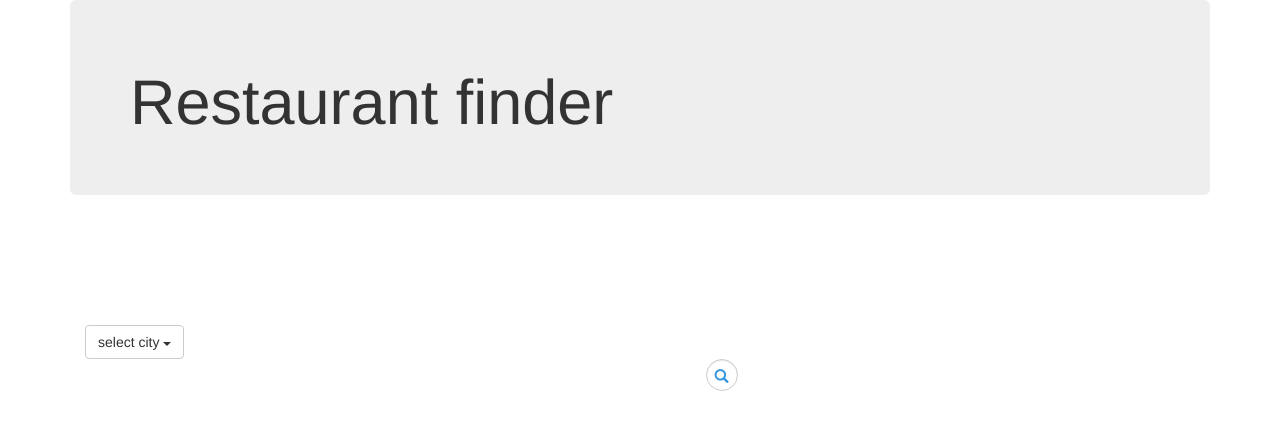
Repository: ganz-95/Denuvo-final
Page: http://localhost/restaurant/
These files come from the project's save history. The page is drawn as it stood at one moment and after the next save; the edit follows.
The browser window is 1280 px wide. The pictures show the whole page.
Some web libraries are served in a nearby version. The page is served by Tomcat 9.

Above is the page before, as saved 2017-01-23 15:33:07.

### workspace/restaurant/src/main/webapp/index.jsp
<!DOCTYPE html>
<html>
<head>
  <meta name="viewport" content="width=device-width, initial-scale=1">
  <link rel="stylesheet" href="https://maxcdn.bootstrapcdn.com/bootstrap/3.3.7/css/bootstrap.min.css">
  <script src="https://ajax.googleapis.com/ajax/libs/jquery/3.1.1/jquery.min.js"></script>
  <script src="https://maxcdn.bootstrapcdn.com/bootstrap/3.3.7/js/bootstrap.min.js"></script>
</head>
<body>
<div class="container" >
  <div class="jumbotron">
    <h1>              Restaurant finder             </h1>
     </div>



<div class="container" align="center">

  <br><br><br><br><br>

  <div class="dropdown" style="float:left">
    <button class="btn btn-default dropdown-toggle" type="button" data-toggle="dropdown">select city
    <span class="caret"></span></button>
    <ul class="dropdown-menu" align="center">
      <li class="dropdown-header">Popular</li>
      <li><a href="#">Chennai</a></li>
      <li><a href="#">Mumbai</a></li>
      <li><a href="#">Delhi</a></li>
      <li class="divider"></li>
      <li class="dropdown-header">Others</li>
      <li><a href="#">banglore</a></li>
      <li><a href="#">Hyderabad</a></li>
    </ul>
  </div>
</div>
<div class="container">
    <div class="row" style="float:right">
        <div class="col-md-6 col-md-offset-3">

        </div>
    </div>
    <div class="row">
        <div class="col-md-4 col-md-offset-3">
            <form action="" class="search-form">
                <div class="form-group has-feedback">
            		<label for="search" class="sr-only">Search</label>
            		<input type="text" class="form-control" name="search" id="search" placeholder="search">
              		<span class="glyphicon glyphicon-search form-control-feedback"></span>
            	</div>
            </form>
        </div>
    </div>
</div>
<style>
.search-form .form-group {
  float: right !important;
  transition: all 0.35s, border-radius 0s;
  width: 32px;
  height: 32px;
  background-color: #fff;
  box-shadow: 0 1px 1px rgba(0, 0, 0, 0.075) inset;
  border-radius: 25px;
  border: 1px solid #ccc;
}
.search-form .form-group input.form-control {
  padding-right: 20px;
  border: 0 none;
  background: transparent;
  box-shadow: none;
  display:block;
}
.search-form .form-group input.form-control::-webkit-input-placeholder {
  display: none;
}
.search-form .form-group input.form-control:-moz-placeholder {
  /* Firefox 18- */
  display: none;
}
.search-form .form-group input.form-control::-moz-placeholder {
  /* Firefox 19+ */
  display: none;
}
.search-form .form-group input.form-control:-ms-input-placeholder {
  display: none;
}
.search-form .form-group:hover,
.search-form .form-group.hover {
  width: 100%;
  border-radius: 4px 25px 25px 4px;
}
.search-form .form-group span.form-control-feedback {
  position: absolute;
  top: -1px;
  right: -2px;
  z-index: 2;
  display: block;
  width: 34px;
  height: 34px;
  line-height: 34px;
  text-align: center;
  color: #3596e0;
  left: initial;
  font-size: 14px;
}

</style>


</body>
</html>

After the next save:
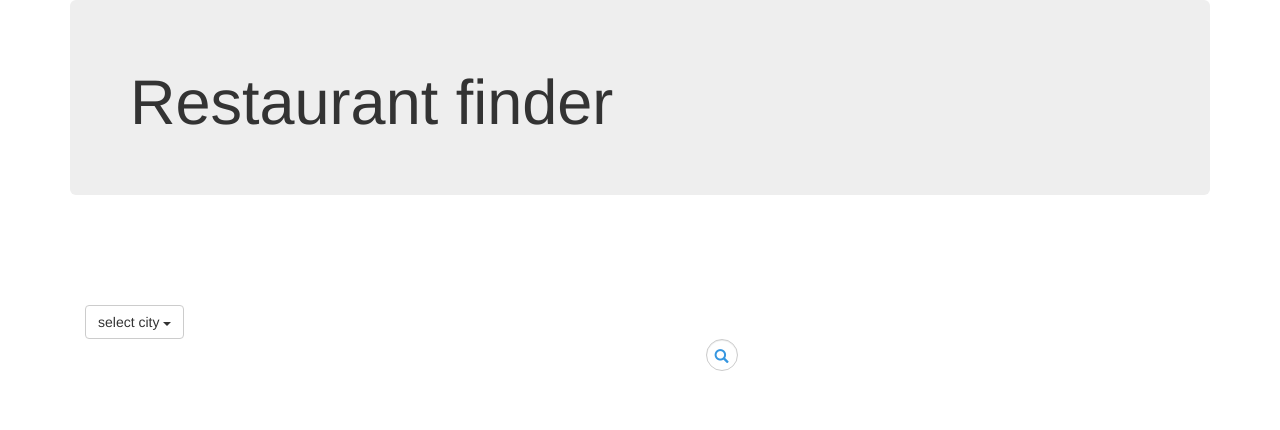
Saved 27 s later.
--- a/workspace/restaurant/src/main/webapp/index.jsp
+++ b/workspace/restaurant/src/main/webapp/index.jsp
@@ -16,7 +16,7 @@
 
 <div class="container" align="center">
 
-  <br><br><br><br><br>
+  <br><br><br><br>
 
   <div class="dropdown" style="float:left">
     <button class="btn btn-default dropdown-toggle" type="button" data-toggle="dropdown">select city
